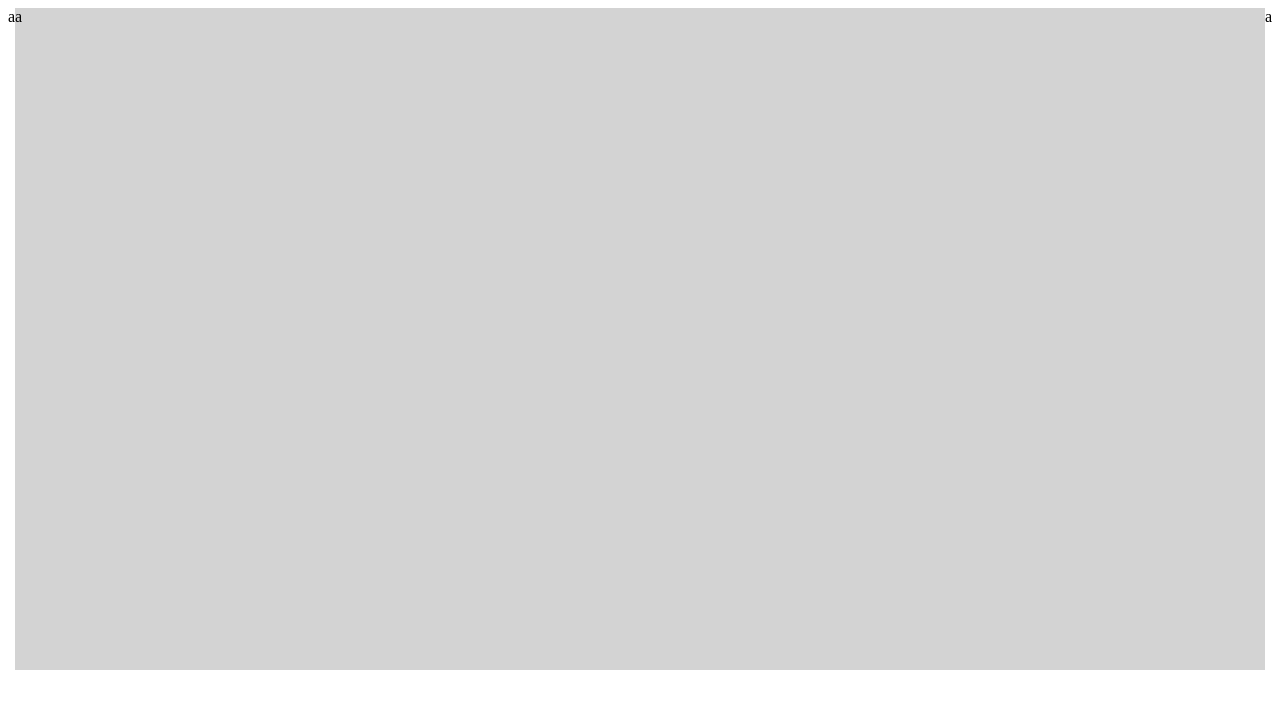
Repository: tr2cky/exercise2
Page: index.html
The author's editor kept a copy of each file at every save. The page is drawn from the files as they stood at one save, then again after the next save.
The browser window is 1280 px wide. The pictures show the whole page.

Above is the page before, as saved 2022-10-01 10:45:01.

After the next save:
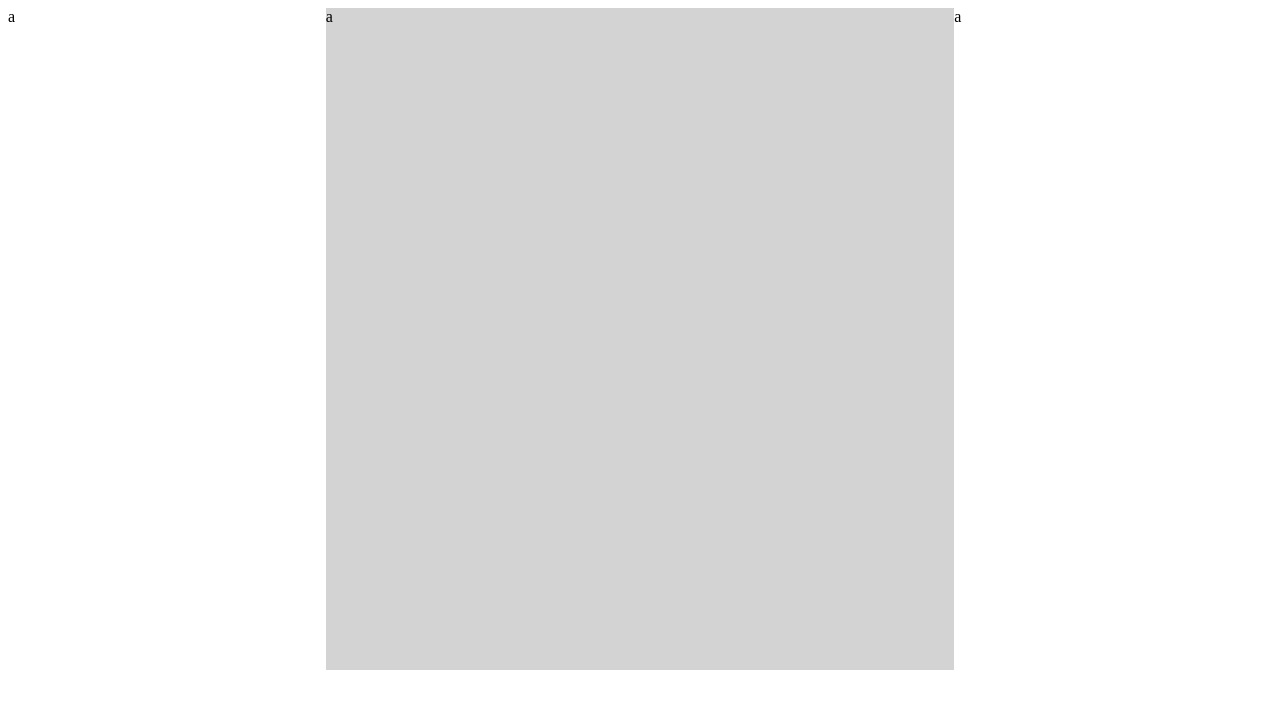
Saved 27 s later.
--- a/style.css
+++ b/style.css
@@ -4,6 +4,12 @@
     height: 92vh;
 }
 main {
-    flex-grow: 1;
+    flex-grow: 2;
     background-color: lightgray;
 }
+.side1 {
+    flex-grow: 1;
+}
+.side2 {
+    flex-grow: 1;
+}
